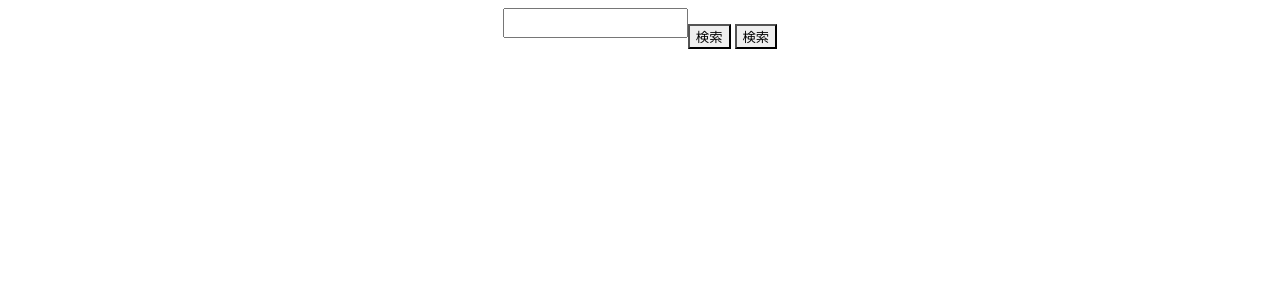
Repository: kanshu-1118/gpt-schoollife
Page: /
The author's editor kept a copy of each file at every save. The page is drawn from the files as they stood at one save, then again after a run of saves.
The browser window is 1280 px wide. The pictures show the whole page.
The page's requests for data from a server got no answer. The project was rebuilt for these pictures with package versions that can differ from the ones it lists, and the page was loaded fresh each time. The framework's server and built-in components were replaced by stand-ins that run in the browser. No one was signed in, and anything a server would have sent is missing. Also part of the build but not shown: next.config.js.

Above is the page before, as saved 2023-05-22 14:07:53.

After the next 2 saves:
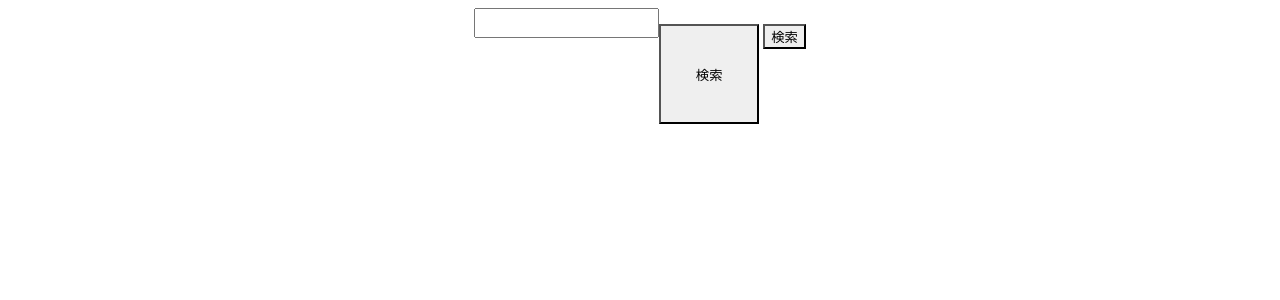
The 2 saves are shown as one change because 1 did not build or start.
The last was saved 15 s later.
--- a/src/pages/index.tsx
+++ b/src/pages/index.tsx
@@ -34,7 +34,7 @@ export default function Home() {
             <Input type="text" variant='filled' onChange={(e)=>{setText(e.target.value)}}/>
             <Wrap spacing={4}>
               <WrapItem>
-                <Button variant='solid' colorScheme='green'>検索</Button>
+                <Button variant='solid' w={"100px"} h="100px" colorScheme='green'>検索</Button>
               </WrapItem>
               <WrapItem>
                 <Button variant='solid' colorScheme='green'>検索</Button>
